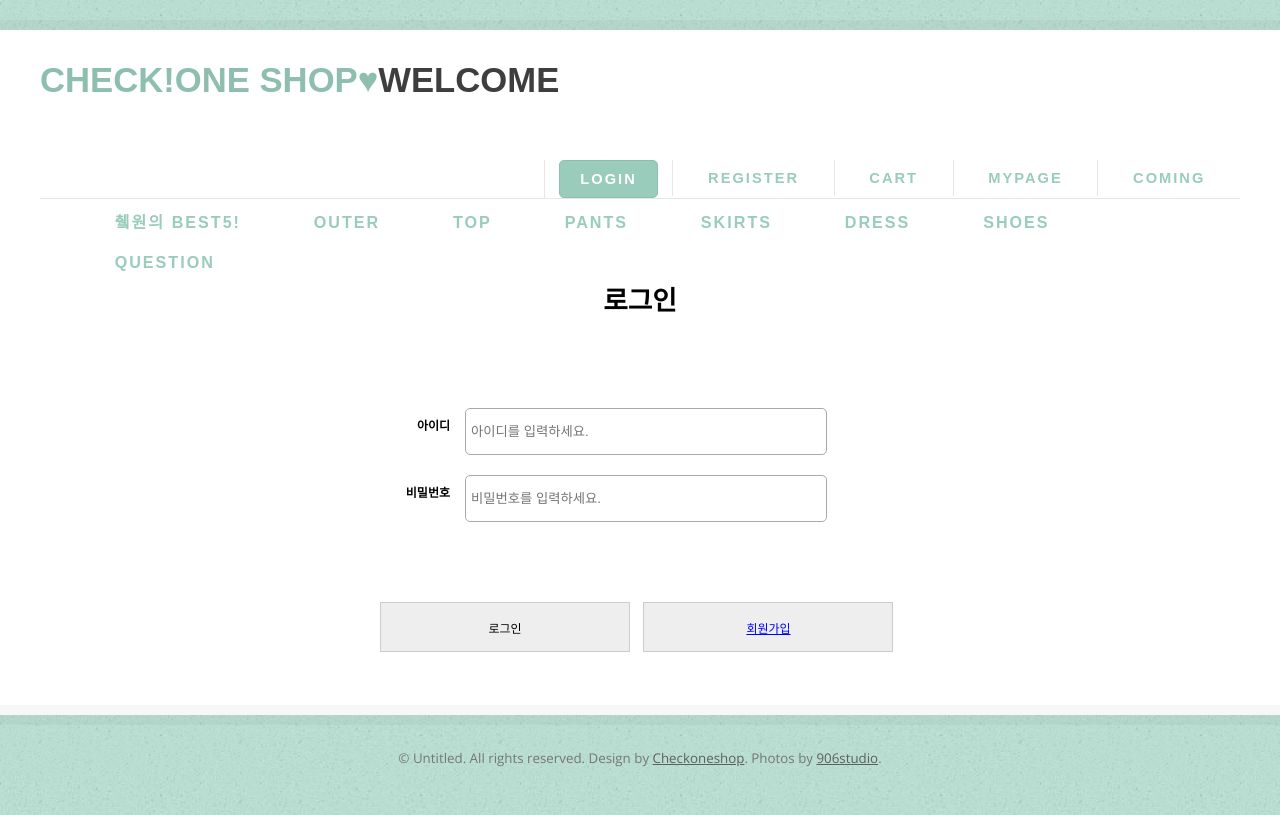
Repository: kch9870/CheckOneShoppingmall
Page: http://localhost/Shoppingmall/Login.jsp
An editor plug-in stored every save of this project. The page is shown before and after the next save, followed by the edit.
The browser window is 1280 px wide. The pictures show the whole page.
Some web fonts or font styles are not loaded; a fallback is used. The page is served by Tomcat 9. Other server files are loaded and not shown.

Above is the page before, as saved 2019-06-06 18:57:24.

### Shoppingmall/WebContent/Login.jsp
<%@ page language="java" contentType="text/html; charset=UTF-8"
    pageEncoding="UTF-8"%>
<!DOCTYPE html PUBLIC "-//W3C//DTD XHTML 1.0 Strict//EN" "http://www.w3.org/TR/xhtml1/DTD/xhtml1-strict.dtd">
<head>
<meta http-equiv="Content-Type" content="text/html; charset=utf-8" />
<title>Check!One Shop♥</title>
<meta name="keywords" content="" />
<meta name="description" content="" />
<link href="http://fonts.googleapis.com/css?family=Open+Sans:400,300,600,700|Archivo+Narrow:400,700" rel="stylesheet" type="text/css">
<link href="css/default.css" rel="stylesheet" type="text/css" media="all" />
<link href="css/Login.css" rel="stylesheet" type="text/css" >
</head>
<body>
<div id="wrapper-bg">
	<div id="wrapper">
		<div id="header" class="container">
			<div id="logo">
				<h1><a href="CheckOneShop.jsp"><span>Check!One Shop♥</span>Welcome</a></h1>
			</div>
			<div id="menu">
				<ul>
					<li class="active"><a href="" accesskey="1" title="">Login</a></li>
					<li><a href="register.jsp" accesskey="2" title="">Register</a></li>
					<li><a href="#" accesskey="3" title="">Cart</a></li>
					<li><a href="#" accesskey="4" title="">MyPage</a></li>
					<li><a href="#" accesskey="5" title="">Coming</a></li>
				</ul>
			</div>
		</div>
		<div class='clear'></div>
			<nav class="container">
				<ul id="menubar">
					<li><a href="Best5.jsp">췤원의 Best5!</a></li>
					<li><a href="Outer.jsp">Outer</a>
						 <ul>
				           <li><a href="#">자켓</a></li>
				           <li><a href="#">점퍼</a></li>
				           <li><a href="#">코트</a></li>
				           <li><a href="#">가디건</a></li>
				         </ul>
				    </li>
					<li><a href="">Top</a>
						 <ul>
				           <li><a href="#">티셔츠</a></li>
				           <li><a href="#">민소매</a></li>
				           <li><a href="#">맨투맨/후드</a></li>
				           <li><a href="#">셔츠/블라우스</a></li>
				         </ul>
					</li>
					<li><a href="#">Pants</a>
						 <ul>
				           <li><a href="#">데님</a></li>
				           <li><a href="#">코튼</a></li>
				           <li><a href="#">슬랙스</a></li>
				           <li><a href="#">숏팬츠</a></li>
				         </ul>
					</li>
					<li><a href="#">Skirts</a>
						 <ul>
				           <li><a href="#">미니</a></li>
				           <li><a href="#">롱</a></li>
				         </ul>
					</li>
					<li><a href="#">Dress</a>
						 <ul>
				           <li><a href="#">미니</a></li>
				           <li><a href="#">롱</a></li>
				           <li><a href="#">오버롤</a></li>
				           <li><a href="#">세트</a></li>
				         </ul>
					</li>
					<li><a href="#">Shoes</a>
						 <ul>
				           <li><a href="#">로퍼/플랫</a></li>
				           <li><a href="#">스니커즈</a></li>
				           <li><a href="#">샌들/슬리퍼</a></li>
				           <li><a href="#">부츠</a></li>
				         </ul>
					</li>
					<li><a href="#">Question</a>
						 <ul>
				           <li><a href="#">문의</a></li>
				           <li><a href="#">공지사항</a></li>
				         </ul>
					</li>
				</ul>
			</nav>
			<div class='clear'></div>
		<div id="container" class="login">
		<h1>로그인</h1>
		<form action="memberLogin.do" method="post">
			<ul id="user-info">
				<li>
					<label for="id" class="field">아이디</label>
					<input type="text" name="id" placeholder="아이디를 입력하세요.">
				</li>
				<li>
					<label for="passwd" class="field">비밀번호</label>
					<input type="password" name="passwd" placeholder="비밀번호를 입력하세요.">
				</li>
			</ul>
			<ul id="buttons">
				<li>
					<button type="submit" class="btn btnBlack"">로그인</button>
				</li>
				<li>
					<button  class="btn btnGray"><a href="Register.jsp">회원가입</a></button>
				</li>
			</ul>
		</form>
	</div>
</div>

<div id="footer">
	<p>&copy; Untitled. All rights reserved. Design by <a href="http://templated.co" rel="nofollow">Checkoneshop</a>. Photos by <a href="http://m.906studio.co.kr/">906studio</a>.</p>
</div>
</body>
</html>

### Shoppingmall/WebContent/css/default.css
@charset "EUC-KR";
html, body
{
	height: 100%;
}

body
{
	margin: 0px;
	padding: 0px;
	font-family: 'Open Sans', sans-serif;
	font-size: 10pt;
	color: #000000;
}
header h2
{
	text-align:center;

}

h1, h2, h3
{
	margin: 0;
	padding: 0;
}

p, ol, ul
{
	margin-top: 0px;
}

p
{
	line-height: 200%;
}

strong
{
}

a
{
	color: #0000FF;
}

a:hover
{
	text-decoration: none;
}

a img
{
	border: none;
}

.image
{
	display: inline-block;
}

.image img
{
	display: block;
	width: 100%;
}

.image-full
{
	display: block;
	width: 100%;
	margin: 0 0 2em 0;
}

.image-left
{
	float: left;
	margin: 0 2em 2em 0;
}

.image-centered
{
	display: block;
	margin: 0 0 2em 0;
}

.image-centered img
{
	margin: 0 auto;
	width: auto;
}

img.border
{
}

img.alignleft
{
	float: left;
}

img.alignright
{
	float: right;
}

img.aligncenter
{
	margin: 0px auto;
}

hr
{
	display: none;
}

.button-style
{
	display: inline-block;
	margin-top: 20px;
	padding: 10px 20px;
	background: #99CCBB;
	border-radius: 5px;
	box-shadow: 0px 0px 0px 5px rgba(255,255,255,0.1);
	border: 1px solid #8EBEAE;
	line-height: normal;
	text-align: center;
	text-decoration: none;
	text-transform: uppercase;
	text-shadow: 0px 1px 0px rgba(0,0,0,.2);
	font-size: 1em;
	font-weight: 400;
	color: #FFF !important;
}

.button-style a
{
	text-decoration: none;
	color: #FFF !important;
}

ul.style3
{
	margin: 0;
	padding: 0;
	overflow: hidden;
	list-style: none;
	color: #6c6c6c
}

ul.style3 li
{
	padding: 0px 0px 5px 0px;
	margin: 0 0 1em 0;
}

ul.style3 p
{
	margin: 0;
}

ul.style3 a
{
	display: block;
	text-decoration: none;
	color: #6c6c6c;
}

ul.style3 a:hover
{
	text-decoration: underline;
}

ul.style3 h3
{
	padding: 8px 0em 5px 0em;
	text-transform: uppercase;
	font-size: 1.1em;
	font-weight: 700;
	color: #606060;
}

ul.style3-alt h3
{
	color: #FFFFFF;
}

ul.style3 .first
{
	padding-top: 0px;
	background: none;
}

ul.style3 .date
{
	float: left;
	position: relative;
	width: 60px;
	height: 54px;
	margin: 0em 1.5em 0em 0em;
	padding: 8px 0em 0em 0em;
	background: #99CCBB;
	border-radius: 5px;
	box-shadow: 0px 0px 0px 5px rgba(255,255,255,0.1);
	border: 1px solid #8EBEAE;
	line-height: normal;
	text-align: center;
	text-transform: uppercase;
	text-shadow: 0px 1px 0px rgba(0,0,0,.2);
	font-size: 1em;
	font-weight: 400;
	color: #FFF;
}

ul.style3 .date:after
{
	content: '';
	display: block;
	position: absolute;
	left: 0;
	top: 0;
	width: 100%;
	height: 100%;
	border-radius: 6px;
}

ul.style3 .date b
{
	margin: 0;
	padding: 0;
	display: block;
	margin-top: -5px;
	font-size: 1.8em;
	font-weight: 700;
	color: #FFFFFF;
}

ul.style3 .date a
{
	color: #FFFFFF !important;
}

ul.style3 .date a:hover
{
	text-decoration: none;
}

	ul.style5
	{
		margin: 0;
		padding: 0;
		list-style: none;
	}

		ul.style5 li
		{
			clear: both;
			border-top: 1px solid #8EBEAE;
		}

		ul.style5 span
		{
			padding: 1em 0em;
			line-height: 1.75em;
		}

		ul.style5 .address
		{
			float: left;
			width: 80px;
			display: inline-block;
			font-weight: 600;
		}

		ul.style5 .address-01
		{
			float: left;
			display: inline-block;
		}

		ul.style5 .mail
		{
			float: left;
			width: 80px;
			display: inline-block;
			font-weight: 600;
		}

		ul.style5 .mail-01
		{
			display: inline-block;
		}

		ul.style5 .phone
		{
			float: left;
			width: 80px;
			display: inline-block;
			font-weight: 600;
		}

		ul.style5 .phone-01
		{
			float: left;
			display: inline-block;
		}

		ul.style5 .first
		{
			padding-top: 0em !important!;
			border-top: none;
		}


/** WRAPPER */

#wrapper-bg
{
	overflow: hidden;
	background: url(images/bg01.jpg) repeat;
}

#wrapper
{
	margin-top: 30px;
	padding-bottom: 50px;
	background: #FFF;
	box-shadow: 0px 10px 0px rgba(0,0,0,0.03), 0px -10px 0px rgba(0,0,0,0.03);
}

.container
{
	width: 1200px;
	margin: 0px auto;
}

.clearfix
{
	clear: both;
}

/** HEADER */

#header
{
	overflow: hidden;
	border-bottom: 1px solid #E7E7E7;
}

/** LOGO */

#logo
{
	float: left;
	width: 300;
}

#logo h1 a
{
	display: block;
	line-height: 100px;
	text-transform: uppercase;
	text-decoration: none;
	font-family: 'Archivo Narrow', sans-serif;
	font-size: 1.3em;
	color: #3E3E3E;
}

#logo span
{
	color: #8EBEAE;
}

/** MENU */

#menu
{
	float: right;
	width: 700px;
}

#menu ul
{
	float: right;
	margin: 0px;
	padding: 30px 0px 0px 0px;
	list-style: none;
	line-height: normal;
}

#menu li
{
	float: left;
	border-left: 1px solid #E7E7E7;
}

#menu a
{
	display:inline-block;
	padding: 10px 20px;
	margin: 0em 1em;
	letter-spacing: 2px;
	text-decoration: none;
	text-transform: uppercase;
	font-family: 'Archivo Narrow', sans-serif;
	font-size: 1.10em;
	font-weight: 600;
	color: #99CCBB;
}

#menu .active a
{
	background: #99CCBB;
	border-radius: 5px;
	box-shadow: 0px 0px 0px 5px rgba(255,255,255,0.1);
	border: 1px solid #8EBEAE;
	color: #FFFFFF;
}

#menu .active a:hover
{
	background-color: #94C5B5;
}

#menu .active a:active
{
	background-color: #8EBEAE;
}

#menu a:hover
{
	text-decoration: none;
}
/**TOP */
nav ul
{
	list-style-type:none;
}
nav ul li
{
	display:inline-block;
	padding: 10px 20px;
	margin: 0em 1em;
	letter-spacing: 2px;
	text-decoration: none;
	text-transform: uppercase;
	font-family: 'Archivo Narrow', sans-serif;
	font-size: 1.10em;
	font-weight: 600;
	color: #99CCBB;
}
nav ul li a
{
	text-decoration: none;
	text-transform: uppercase;
	font-family: 'Archivo Narrow', sans-serif;
	font-size: 1.10em;
	font-weight: 600;
	color: #99CCBB;
}
nav
{
	width:995px;
	height:30px;
	margin-top:50px;
}
/** MENUBAR */
#menubar li ul
{
	background: rgb(109,109,109);
	display:none;  /* 평상시에는 서브메뉴가 안보이게 하기 */
	height:auto;
	padding:0px;
	margin:0px;
	border:0px;
	position:absolute;
	width:200px;
	z-index:200;
}
}
/** PAGE */

#page
{
}

/** CONTENT */

#content
{
	text-align: center;
}

/** SIDEBAR */

#sidebar
{
}

/* Footer */

#footer-content
{
	overflow: hidden;
	padding: 70px 0px 50px 0px;
	color: #515151;
}

#footer-content a
{
	color: #515151;
}

#footer-content h2
{
	margin-bottom: 30px;
	text-transform: uppercase;
	color: #515151;
}

#footer-content #fbox1
{
	float: left;
	width: 384px;
	margin-right: 24px;
}

#footer-content #fbox2
{
	float: left;
	width: 446px;
	padding: 0px 20px;
}

#footer-content #fbox3
{
	float: right;
	width: 282px;
}

#footer
{
	overflow: hidden;
	padding: 30px 0px;
	box-shadow: 0px -10px 0px rgba(0,0,0,0.03);
}

#footer p
{
	text-align: center;
	color: #767676;
}

#footer a
{
	color: #5f5f5f;
}

#banner
{
	padding: 30px 0px;
}

/* Three Column Content */

#three-column
{
	overflow: hidden;
	padding-top: 30px;
}

#three-column header
{
	letter-spacing: -1px;
	text-transform: uppercase;
	margin-bottom: 2em;
	font-size: 1.5em;
}

#three-column .tbox1 h2, #three-column .tbox2 h2, #three-column .tbox3 h2
{
	margin-bottom: 1em;
	text-transform: uppercase;
	color: #515151;
}

#three-column .tbox1
{
	float: left;
	width: 384px;
	margin-right: 24px;
}

#three-column .tbox2
{
	float: left;
	width: 384px;
}

#three-column .tbox3
{
	float: right;
	width: 384px;
}

### Shoppingmall/WebContent/css/Login.css
#container{
	width:1200px;
	margin:0 auto;
}
#user-info {
	list-style:none;
	margin-left: 270px;
}
#user-info li {
	clear:both;
}
.field {
	float:left;
	width:100px;
	font-weight:bold;
	font-size:0.9em;
	line-height: 55px;
	text-align:right;
	margin-right:15px;
}
input[type="text"], input[type="password"], input[type="email"] {
	float:left;
	width:350px;
	height:35px;
	border:1px solid #aaa;
	border-radius:5px;
	padding:5px;
	margin:10px 0;
	float:left;
}

.r {
	line-height:55px;
}
#buttons
{
	display:inline-block;
	margin-left: 300px;
	margin-top: 70px;
}
#buttons > li {
	display:inline-block;
}
button {
	width:250px;
	height:50px;
	margin-right:10px;
	border:1px solid #ccc;
	background:#eee;
	font-size:0.9em;
}
.login
{

}
.login h1
{
	text-align: center;
	margin-top: 50px;
	margin-bottom: 80px;

}
#black
{
	color:black;
}

After the next save:
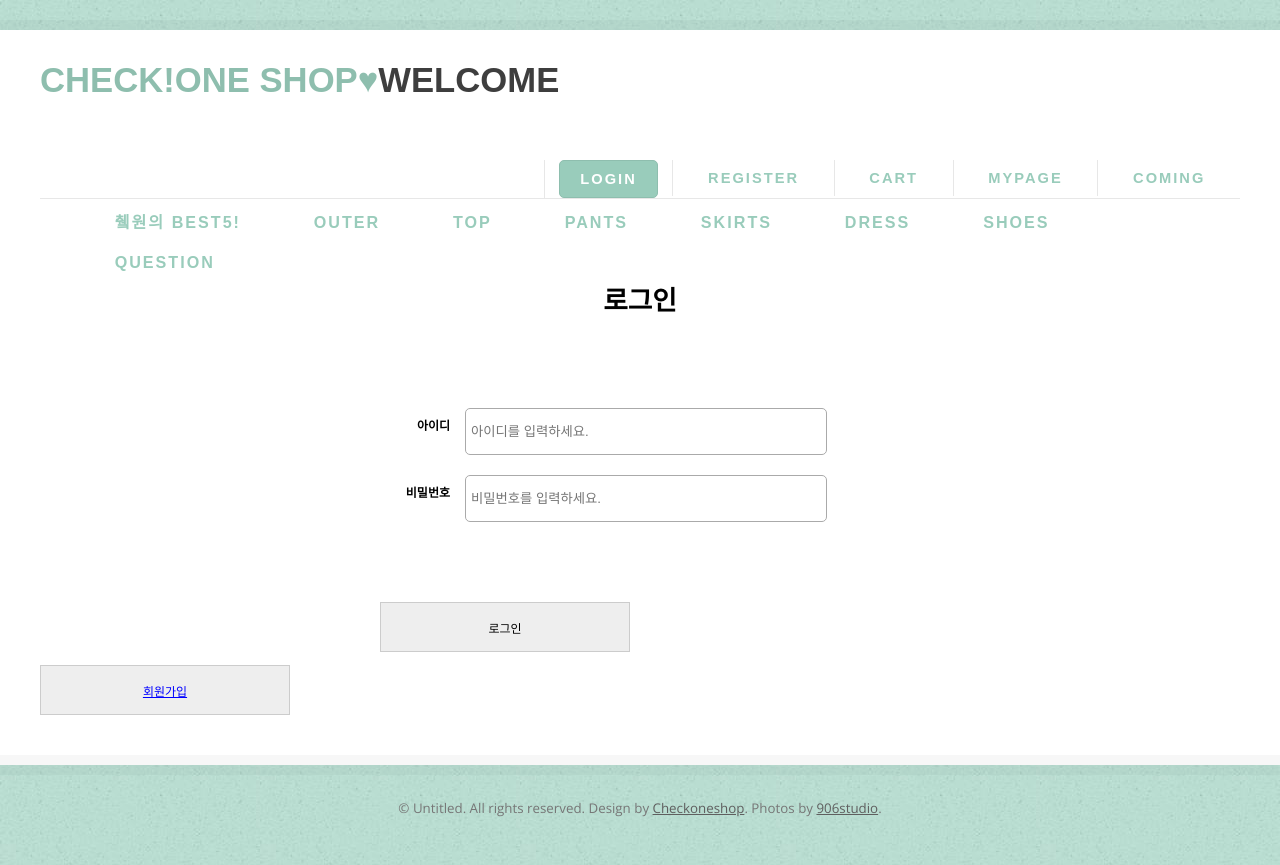
Saved 94 s later.
--- a/Shoppingmall/WebContent/Login.jsp
+++ b/Shoppingmall/WebContent/Login.jsp
@@ -103,11 +103,13 @@
 				<li>
 					<button type="submit" class="btn btnBlack"">로그인</button>
 				</li>
-				<li>
-					<button  class="btn btnGray"><a href="Register.jsp">회원가입</a></button>
-				</li>
+
+
+
 			</ul>
-		</form>
+			</form>
+			<button  class="btn btnGray"><a href="Register.jsp">회원가입</a></button>
+
 	</div>
 </div>
 
